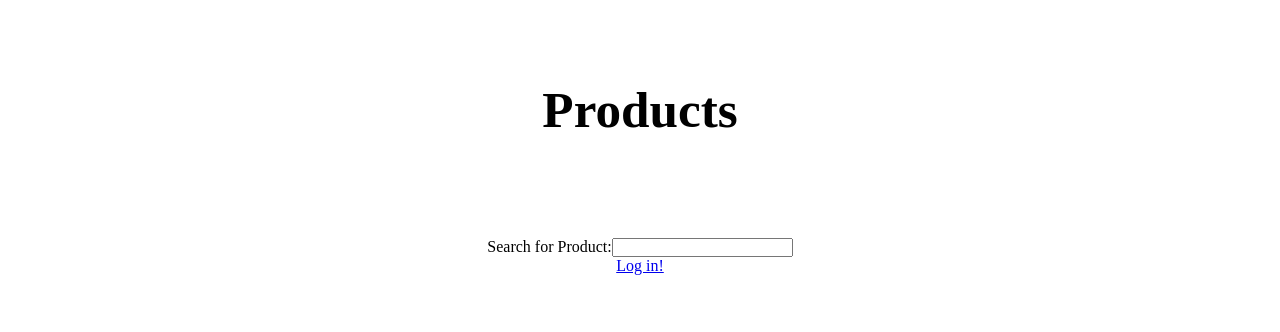
Repository: Andres513/CapStone
Page: /
These files come from the project's save history. The page is drawn as it stood at one moment and after the next save; the edit follows.
The browser window is 1280 px wide. The pictures show the whole page.
The page's requests for data from a server got no answer. The project was rebuilt for these pictures with package versions that can differ from the ones it lists, and the page was loaded fresh each time. No one was signed in, and anything a server would have sent is missing. Also part of the build but not shown: vite.config.js, src/components/Login.jsx, src/components/SingleProduct.jsx.

Above is the page before, as saved 2024-04-03 14:33:42.

### src/App.jsx
import { useState } from 'react'
import FetchProducts from './components/FetchProducts'
import './App.css'
import { Routes, Route } from 'react-router-dom'
import Login from './components/Login'
import SingleProduct from './components/SingleProduct'

function App() {
const [ token, setToken ] = useState(null)
const [ email, setEmail ] = useState('')
const [ password, setPassword ] = useState('')


const handleSetState=(newToken)=>{
    setToken(newToken)
}
  return (
    <>
    <Routes>
      <Route path="/login" element={<Login token={token} setToken={handleSetState} email={email} setEmail={setEmail} password={password} setPassword={setPassword}/>}/>
      <Route path="/" element={<FetchProducts token={token}/>}/>
      <Route path="/products/:id" element={<SingleProduct token={token}/>}/>
    </Routes>
    </>
  )
}

export default App

### src/index.css

* {
  margin: 0;
  padding: 0;
  box-sizing: border-box;
}
h1 {
  font-size: 3.2em;
  line-height: 1.1;
  padding-top: 50px;
  padding-bottom: 100px;
}
img {
  width: 250px;
  height: 400px;
}
.single-product > img {
  height: 60%;
  width: 60%;
  padding-top: 50px;
  padding-bottom: 50px;
}
.items-container {
  display: grid;
  grid-template-columns: repeat(auto-fill, minmax(200px, 1fr));
  grid-gap: 100px;
  padding-top: 50px;
}
button {
  border-radius: 8px;
  border: 1px solid transparent;
  padding: 0.6em 1.2em;
  font-size: 1em;
  font-weight: 500;
  font-family: inherit;
  background-color: lightblue;
  cursor: pointer;
  transition: border-color 0.25s;
}

### src/components/FetchProducts.jsx
import { useEffect, useState } from "react"
import { Link, useAsyncError } from "react-router-dom"
import Login from "./Login"
import Filter from "./Filter"

export default function FetchProducts({token}){
    const [ error, setError ] = useState(null)
    const [ products, setProducts ] = useState([])
    const [ category, setCategory ] = useState('')
    const [ price, setPrice ] = useState('')
    const [ searched, setSearched ] = useState('')
    const [ filters, setFilters ] = useState({})

    useEffect(()=>{
        async function fetchProducts(){
        try {
            const response = await fetch('https://fakestoreapi.com/products')
            const result = await response.json()
            setProducts(result)
            setCategory(result.category)
            setPrice(result.price)

            } catch(error) {
                setError(error.message)
            }
        }
        fetchProducts()
    },[])


    const searchedProduct = products.filter((product) => {
         return product.title.toLowerCase().includes(searched.toLowerCase());
     });


return (
        <>
        <h1>Products</h1>
            <label className="search-bar">Search for Product:
                <input type="text" value={searched} onChange={(e) => setSearched(e.target.value)}/>
            </label><br/>
            <Filter products={products} category={category} price={price}/>
        <Link to="/login" element={<Login />}>Log in!</Link>
        <div className="items-container">
    {searchedProduct.map((product) => (
                <div key={product.id} className="item">
                    <h3>{product.title}</h3>
                    <img src={product.image} alt={product.title} /><br/>
                    <Link to={`/products/${product.id}`}>View Details</Link>
                </div>

            ))}
            </div>
        </>
    )
}

### src/components/Filter.jsx

export default function Filter({ products, price, category }) {

    return (
        <div>
            {"Products:", products}
        </div>
    );
}

Loaded but not shown: index.html (common file); src/main.jsx (common file); src/App.css (common file)

After the next save:
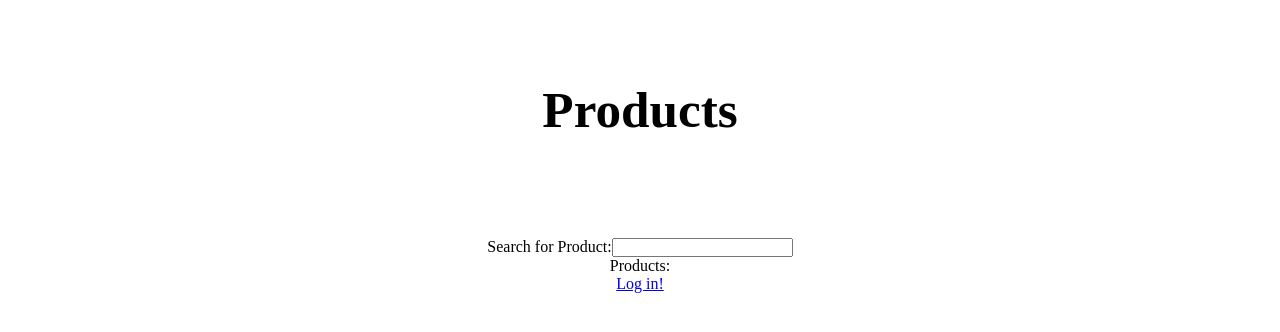
Saved 29 s later.
--- a/src/components/Filter.jsx
+++ b/src/components/Filter.jsx
@@ -3,7 +3,7 @@
 
     return (
         <div>
-            {"Products:", products}
+            {<p>Products: {products}</p>}
         </div>
     );
 }

After the 2 saves that followed:
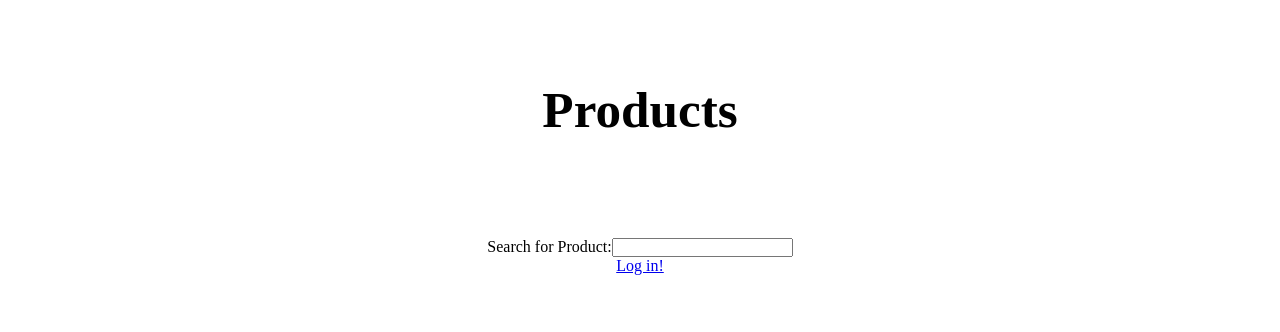
The 2 saves are shown as one change because 1 left the picture as it was.
The last was saved 4 min 54 s later.
--- a/src/components/Filter.jsx
+++ b/src/components/Filter.jsx
@@ -3,7 +3,12 @@
 
     return (
         <div>
-            {<p>Products: {products}</p>}
+            {products.map((product) => (
+                <div key={product.id}>
+                    <h3>{price}</h3>
+                </div>
+
+            ))}
         </div>
     );
 }
